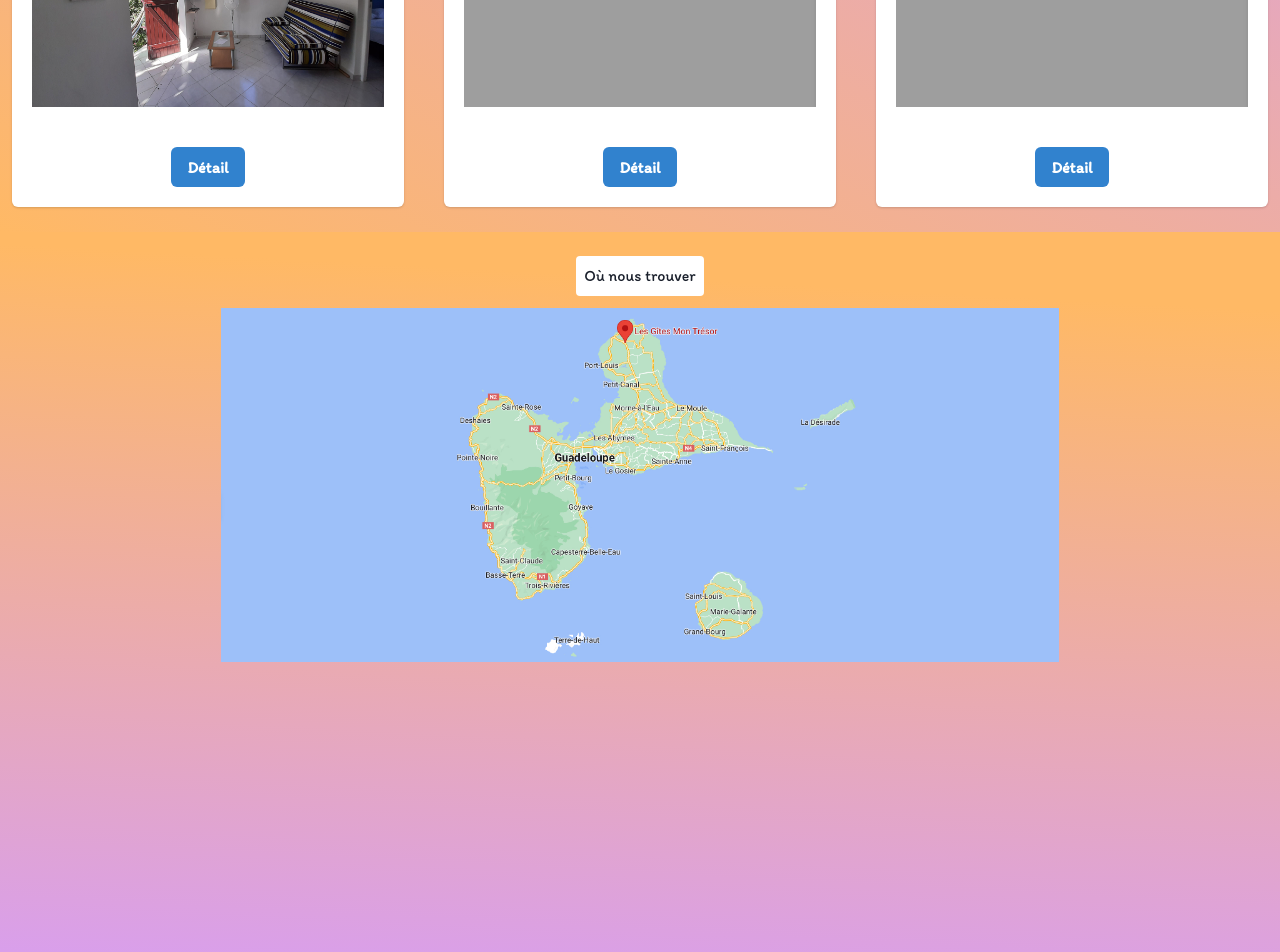
Repository: All-Khwarizmi/gites-v2
Page: /
These files come from the project's save history. The page is drawn as it stood at one moment and after the next save; the edit follows.
The browser window is 1280 px wide. The pictures show the part of the page from y = 1208 to 2160 px (the page is 2160 px tall).
Pictures or frames that could not be fetched are drawn as grey boxes. The project was rebuilt for these pictures with package versions that can differ from the ones it lists, and the page was loaded fresh each time. The framework's server and built-in components were replaced by stand-ins that run in the browser. Also part of the build but not shown: next.config.js, next.config.mjs.

Above is the page before, as saved 2023-02-03 19:08:43.

### src/pages/_app.tsx
import { type AppType } from "next/dist/shared/lib/utils";
import { ChakraProvider } from "@chakra-ui/react";
import Layout from "../components/Layout";
import { Itim } from "@next/font/google";
import Navbar from "../components/Navbar";

import "../styles/globals.css";
import Head from "next/head";

const inter = Itim({ weight: "400", subsets: ["latin"] });

const MyApp: AppType = ({ Component, pageProps }) => {
  return (
    <ChakraProvider>
      <Head>
        <title>Gîtes Mon Tresor</title>
        <meta
          name="viewport"
          /* content="width=device-width, initial-scale=1.0, maximum-scale=1.0,user-scalable=0" */
          content="viewport-fit=cover"
        />
        <meta name="title" content="Gîtes Mon Tresor" />

        <meta
          name="description"
          content="Gîtes accueillants et chaleureux en Guadeloupe, Anse Bertrand. Venez en famille ou en amoureux profiter des plaisirs qu'offre l'île. "
        />
        <meta property="og:image" content="/IMG_0318.JPG" key="ogimage" />
      </Head>

      <main className={inter.className}>
        <Component {...pageProps} />
      </main>
    </ChakraProvider>
  );
};

export default MyApp;

### src/pages/index.tsx
import { type NextPage } from "next";
import Head from "next/head";
import Link from "next/link";
import Test from "./Test";
import styles from '../styles/Home.module.scss'

const Home: NextPage = () => {
  return (
    <>
      <Test />
    </>
  );
};

export default Home;

### src/styles/globals.css
@tailwind base;
@tailwind components;
@tailwind utilities;

:root {
  --colorOne: #ffb965;
  --colorTwo: #d99feb;
  --color3: #ffbf5b;
  --color4: #31b7cf;
}
* {
  margin: 0;
  padding: 0;
}
body {
  width: 100vw;
  height: 100vh;
  box-sizing: border-box;
}

.test {
  width: 100%;
}

#myVideo {
  object-fit: cover;

  min-height: 100vh;
  position: relative;
  z-index: -1;
  bottom: 0;
  right: 0;
}

.section {
  background-image: linear-gradient(
    27deg,
    var(--colorOne) 0%,
    var(--colorTwo) 100%
  );
  margin-top: 0;
  position: relative;
}
.section-2 {
  background-image: linear-gradient(
    3deg,
    var(--colorTwo) 0%,
    var(--colorOne) 90%
  );
  margin-top: 0;
  position: relative;
}
.location-div {
  background-image: linear-gradient(
    27deg,
    var(--colorTwo) 0%
    var(--colorOne) 100%,

  );
  position: relative;
}

.card-1 {
  background-color: inherit;
  padding: 3rem;
  width: 100%;
}
.nav {
  position: fixed;
  z-index: 5;


}

### src/pages/Test.tsx
import { AppType } from "next/app";
import {
  Card,
  CardHeader,
  ButtonGroup,
  Button,
  CardBody,
  CardFooter,
  Stack,
  Image,
  Heading,
  Text,
  Divider,
  Flex,
} from "@chakra-ui/react";
import Carousel from "../components/Carousel";
import { Component, useEffect, useRef, useState } from "react";
import Localisation from "../components/Localisation";
import Navbar from "../components/Navbar";

const Test = () => {
  const divPosition: any = useRef(null);


  const slidesPalmier = [
    {
      img: "/Gite Palmier/1.jpg",
    },
    {
      img: "/Gite Palmier/2.jpg",
    },
    {
      img: "/Gite Palmier/3.jpg",
    },
    {
      img: "/Gite Palmier/4.jpg",
    },
    {
      img: "/Gite Palmier/5.jpg",
    },
    {
      img: "/Gite Palmier/6.jpg",
    },
    {
      img: "/Gite Palmier/7.jpg",
    },
    {
      img: "/Gite Palmier/9087556.jpg",
    },
  ];
  const slidesAnanas = [
    {
      img: "/Gite Ananas/1.jpg",
    },
    {
      img: "/Gite Ananas/2.jpg",
    },
    {
      img: "/Gite Ananas/3.jpg",
    },
    {
      img: "/Gite Ananas/4.jpg",
    },
    {
      img: "/Gite Ananas/5.jpg",
    },
    {
      img: "/Gite Ananas/6.jpg",
    },
    {
      img: "/Gite Ananas/20191231_100325.jpg",
    },
    {
      img: "/Gite Ananas/20200325_100606.jpg",
    },
  ];
  const slidesKawan = [
    {
      img: "/Gite Kawan/1.jpg",
    },
    {
      img: "/Gite Kawan/2.jpg",
    },
    {
      img: "/Gite Kawan/3.jpg",
    },
    {
      img: "/Gite Kawan/4.jpg",
    },

    {
      img: "/Gite Kawan/6.jpg",
    },
    {
      img: "/Gite Kawan/7.jpg",
    },
    {
      img: "/Gite Kawan/8.jpg",
    },
    {
      img: "/Gite Kawan/9.jpg",
    },
    {
      img: "/Gite Kawan/10.jpg",
    },
    {
      img: "/Gite Kawan/11.jpg",
    },
    {
      img: "/Gite Kawan/12.jpg",
    },
    {
      img: "/Gite Kawan/13.jpg",
    },
    {
      img: "/Gite Kawan/14.jpg",
    },
    {
      img: "/Gite Kawan/15.jpg",
    },
  ];

  return (
    <>
      <main>
        <Navbar position={divPosition} />
        <div className="test">
          <section className="test">
            <video
              autoPlay
              playsInline
              muted
              loop
              id="myVideo"
              poster="/Gite Kawan/1.jpg"
            >
              <source src={"/Mon film.mp4"} type="video/mp4" />
            </video>
          </section>
          <div className="section h-screen">
            <section ref={divPosition} className="section h-full">
              <div className="card-1 flex-column flex justify-center">
                <Card maxW={"900px"}>
                  <Heading className="flex-column flex justify-center p-2">
                    <p> Bienvenue en Guadeloupe !</p>
                  </Heading>
                  <CardBody>
                    <Text className="welcome-text">
                      Pour des vacances au soleil, sur des plages de sable blanc
                      ou de belles balades dans une verdure luxuriante : les
                      Gîtes Mon Trésor vous assurent un dépaysement total. Loin
                      des grandes structures touristiques, dans un jardin calme
                      et ventilé avec piscine sécurisée, Catherine et Laurent,
                      originaires de Normandie, vous accueillent toute l’année
                      dans leurs gîtes situés sur la commune d'ANSE-BERTRAND, à
                      3 km des plages et de tous commerces. Nous avons l'énorme
                      chance de n'avoir jamais de sargasses sur nos plages les
                      plus proches. Bonne visite !
                    </Text>
                  </CardBody>
                </Card>
              </div>

              <div className="grid  grid-flow-row justify-center gap-4 md:grid-flow-col ">
                <Card maxW="lg" m={3}>
                  <Stack mt="6" spacing="3">
                    <Heading textAlign={"center"} size="md">
                      Gîte Palmier
                    </Heading>
                  </Stack>
                  <CardBody>
                    <Carousel slides={slidesPalmier} />
                  </CardBody>
                  <Flex align="center" justify="center">
                    <CardFooter>
                      <Button variant="solid" colorScheme="blue">
                        Détail
                      </Button>
                    </CardFooter>
                  </Flex>
                </Card>
                <Card maxW="lg" m={3}>
                  <Stack mt="6" spacing="3">
                    <Heading textAlign={"center"} size="md">
                      Gîte Ananas
                    </Heading>
                  </Stack>
                  <CardBody>
                    <Carousel slides={slidesAnanas} />
                  </CardBody>
                  <Flex align="center" justify="center">
                    <CardFooter>
                      <Button variant="solid" colorScheme="blue">
                        Détail
                      </Button>
                    </CardFooter>
                  </Flex>
                </Card>
                <Card maxW="lg" m={3}>
                  <Stack mt="6" spacing="3">
                    <Heading textAlign={"center"} size="md">
                      Gîte Kawan
                    </Heading>
                  </Stack>
                  <CardBody>
                    <Carousel slides={slidesKawan} />
                  </CardBody>
                  <Flex align="center" justify="center">
                    <CardFooter>
                      <Button variant="solid" colorScheme="blue">
                        Détail
                      </Button>
                    </CardFooter>
                  </Flex>
                </Card>
              </div>


            </section>
          </div>
          <div className="h-screen section-2">
            <Localisation />
          </div>
        </div>
      </main>
    </>
  );
};

export default Test;

### src/components/Carousel.tsx
import React from 'react'
import { useEffect, useState } from 'react';
import { Flex, Box, Text, Image } from '@chakra-ui/react';

const Carousel = ({slides}: any) => {

  const slides1 = [
    {
      img: "/Gîte Palmier/1.jpg",
    },
    {
      img: "/Gîte Palmier/2.jpg",
    },
    {
      img: "/Gîte Palmier/3.jpg",
    },
    {
      img: "/Gîte Palmier/4.jpg",
    },
    {
      img: "/Gîte Palmier/5.jpg",
    },
    {
      img: "/Gîte Palmier/6.jpg",
    },
    {
      img: "/Gîte Palmier/7.jpg",
    },
    {
      img: "/Gîte Palmier/9087556.jpg",
    },

  ];
  const [currentSlide, setCurrentSlide] = useState(0);
  const slidesCount = slides.length;
  const carouselStyle = {
    transition: "all .5s",
    ml: `-${currentSlide * 100}%`,
  };
  const SLIDES_INTERVAL_TIME = 3000;
  const ANIMATION_DIRECTION = "right";
  useEffect(() => {
    const prevSlide = () => {
      setCurrentSlide((s) => (s === 0 ? slidesCount - 1 : s - 1));
    };

    const nextSlide = () => {
      setCurrentSlide((s) => (s === slidesCount - 1 ? 0 : s + 1));
 };

    const automatedSlide = setInterval(() => {
      ANIMATION_DIRECTION.toLowerCase() === "left" ? prevSlide() : nextSlide();
    }, SLIDES_INTERVAL_TIME);
    return () => clearInterval(automatedSlide);
  }, [slidesCount]);
  return (
    <Flex
      w="full"
      bg="#edf3f8"
      _dark={{
        bg: "#3e3e3e",
      }}

      alignItems="center"
      justifyContent="center"
    >
      <Flex w="full" overflow="hidden">
        <Flex pos="relative" h="200px" w="full" {...carouselStyle}>
          {slides.map((slide: any, sid: any) => (
            <Box key={`slide-${sid}`} flex="none" boxSize="full" shadow="md">
              <Text
                color="white"
                fontSize="xs"
                p="8px 12px"
                pos="absolute"
                top="0"
                whiteSpace="nowrap"
              >
                {sid + 1} / {slidesCount}
              </Text>
              <Image
                src={slide.img}
                alt="carousel image"
                boxSize="full"
                backgroundSize="cover"
              />
            </Box>
          ))}
        </Flex>
      </Flex>
    </Flex>
  );
};



export default Carousel

### src/components/Localisation.tsx
import React from "react";
import Link from "next/link";

const Localisation = () => {
  const coordinates: string =
    "Les+Gîtes+Mon+Trésor/@16.4645544,-61.4825254,17z";
  const baseUrl: string =
    "https://www.google.com/maps/search/?api=1&query=Les+Gîtes+Mon+Trésor+Anse+Bertrand/";
  return (
    <>
      <div className="location align-center flex items-center justify-center p-3"></div>
      <div className="section-location flex  justify-center">
        <p className="text-extra-bold w-30 rounded bg-white p-2">
          Où nous trouver
        </p>
      </div>

      <div className="location p-3">
        <a
          className="align-center flex items-center justify-center"
          target="_blank"
          href={baseUrl}
        >
          <img
            className="w-2/3"
            src="./IMG_0537.JPG"
            alt="carte de la Guadeloupe"
          />
        </a>
      </div>
    </>
  );
};

export default Localisation;

### src/components/Navbar.tsx
import { useEffect, useState, useRef } from "react";

function NavLink({ to, children }: any) {
  return (
    <a href={to} className={`mx-4`}>
      {children}
    </a>
  );
}

function MobileNav({ open, setOpen }: any) {
  return (
    <div
      className={`absolute top-0 left-0 h-screen w-screen transform bg-white ${
        open ? "-translate-x-0" : "-translate-x-full"
      } drop-shadow-md filter transition-transform duration-300 ease-in-out `}
    >
      <div className="flex h-20 items-center justify-center bg-white drop-shadow-md filter">
        {" "}
        {/*logo container*/}
        <a className="text-2xl font-semibold" href="/">
          <img
            className="w-24 hover:w-32"
            src="/IMG_0318.JPG"
            alt="Gîtes Mon Tresor Logo"
          />
        </a>
      </div>
      <div className="ml-4 flex flex-col">
        <a
          className="my-4 text-xl font-medium"
          href="#"
          onClick={() =>
            setTimeout(() => {
              setOpen(!open);
            }, 100)
          }
        >
          Accueil
        </a>
        <a
          className="my-4 text-xl font-normal"
          href="#"
          onClick={() =>
            setTimeout(() => {
              setOpen(!open);
            }, 100)
          }
        >
          Gîtes
        </a>
        <a
          className="my-4 text-xl font-normal"
          href="#"
          onClick={() =>
            setTimeout(() => {
              setOpen(!open);
            }, 100)
          }
        >
          Localisation
        </a>
        <a
          className="my-4 text-xl font-normal"
          href="#"
          onClick={() =>
            setTimeout(() => {
              setOpen(!open);
            }, 100)
          }
        >
          Tarifs
        </a>
        <a
          className="my-4 text-xl font-normal"
          href="#"
          onClick={() =>
            setTimeout(() => {
              setOpen(!open);
            }, 100)
          }
        >
          Contact
        </a>
        <a
          className="my-4 text-xl font-normal"
          href="#"
          onClick={() =>
            setTimeout(() => {
              setOpen(!open);
            }, 100)
          }
        >
          Partenariats
        </a>
      </div>
    </div>
  );
}

export default function Navbar({ position }: any) {
  const [open, setOpen] = useState(false);
  const [color, setColor] = useState(" ");
  const [colorFont, setColorFont] = useState(" ");
  const [offset, setOffset] = useState(0);


  useEffect(() => {
    const onScroll = () => setOffset(window.pageYOffset);
    // clean up code
    window.removeEventListener("scroll", onScroll);
    window.addEventListener("scroll", onScroll, { passive: true });
    if (position?.current?.getBoundingClientRect().top < 80) {
      setColor("bg-white");
      setColorFont("text-black");
    } else {
      setColor(" ");
      setColorFont("text-white");
    }
    return () => window.removeEventListener("scroll", onScroll);
  }, [offset]);

  const style = { backgroundColor: color, color: colorFont };
  return (
    <nav
      className={`nav flex h-20 w-full items-center gap-4 ${style.backgroundColor}  px-4 py-4 drop-shadow-md filter`}
    >
      <MobileNav open={open} setOpen={setOpen} />
      <div className="flex w-3/12 items-center">
        <a className="text-2xl font-semibold" href="/">
          <img
            className="w-24 hover:w-32"
            src="/IMG_0318.JPG"
            alt="Gîtes Mon Tresor Logo"
          />
        </a>
      </div>
      <div className="flex w-9/12 items-center justify-end">
        <div
          className="relative z-50 flex h-8 w-8 flex-col items-center justify-between md:hidden"
          onClick={() => {
            setOpen(!open);
          }}
        >
          {/* hamburger button */}
          <span
            className={`h-1 w-full transform rounded-lg bg-black transition duration-300 ease-in-out ${
              open ? "translate-y-3.5 rotate-45" : ""
            }`}
          />
          <span
            className={`h-1 w-full rounded-lg bg-black transition-all duration-300 ease-in-out ${
              open ? "w-0" : "w-full"
            }`}
          />
          <span
            className={`h-1 w-full transform rounded-lg bg-black transition duration-300 ease-in-out ${
              open ? "-translate-y-3.5 -rotate-45" : ""
            }`}
          />
        </div>

        <div className="hidden md:flex">
          <ul className="flex justify-items-center gap-x-3">
            <li className="mr-6">
              <a
                className={` flex-initial text-2xl ${style.color} text-justify   hover:underline`}
                href="#"
              >
                Accueil
              </a>
            </li>
            <li className="mr-6">
              <a
                className={` flex-initial text-2xl ${style.color} text-justify   hover:underline`}
                href="#"
              >
                Gîtes
              </a>
            </li>
            <li className="mr-6">
              <a
                className={` flex-initial text-2xl ${style.color} text-justify   hover:underline`}
                href="#"
              >
                Localisation
              </a>
            </li>
            <li className="mr-6">
              <a
                className={` flex-initial text-2xl ${style.color} text-justify   hover:underline`}
                href="#"
              >
                Tarifs
              </a>
            </li>
            <li className="mr-6">
              <a
                className={` flex-initial text-2xl ${style.color} text-justify   hover:underline`}
                href="#"
              >
                Contact
              </a>
            </li>
            <li className="mr-6">
              <a
                className={` flex-initial text-2xl ${style.color} text-justify   hover:underline`}
                href="#"
              >
                Partenariats
              </a>
            </li>
          </ul>
        </div>
      </div>
    </nav>
  );
}

Loaded but not shown: tailwind.config.cjs (common file)

After the next save:
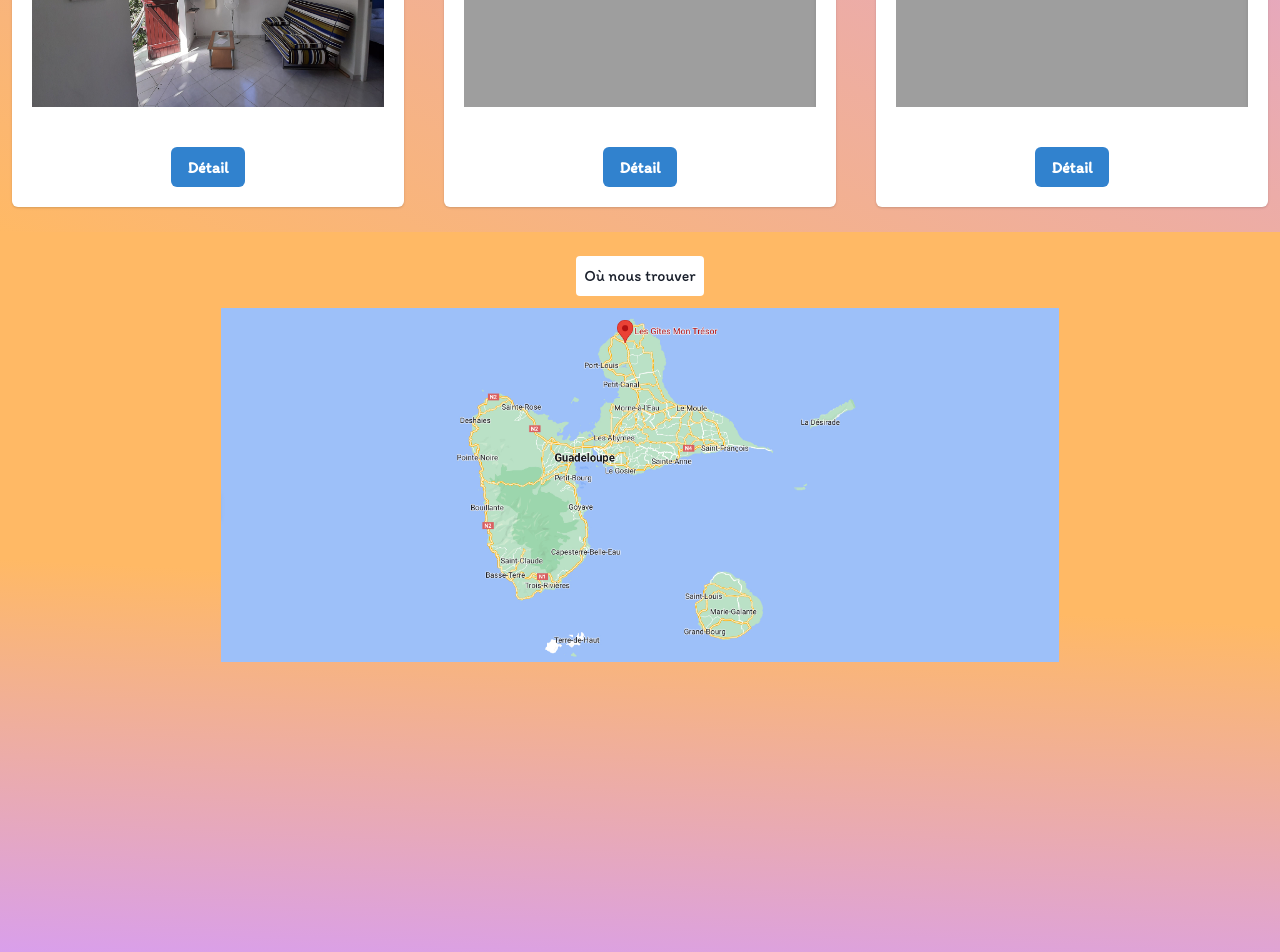
Saved 16 s later.
--- a/src/styles/globals.css
+++ b/src/styles/globals.css
@@ -45,7 +45,7 @@ body {
   background-image: linear-gradient(
     3deg,
     var(--colorTwo) 0%,
-    var(--colorOne) 90%
+    var(--colorOne) 50%
   );
   margin-top: 0;
   position: relative;
